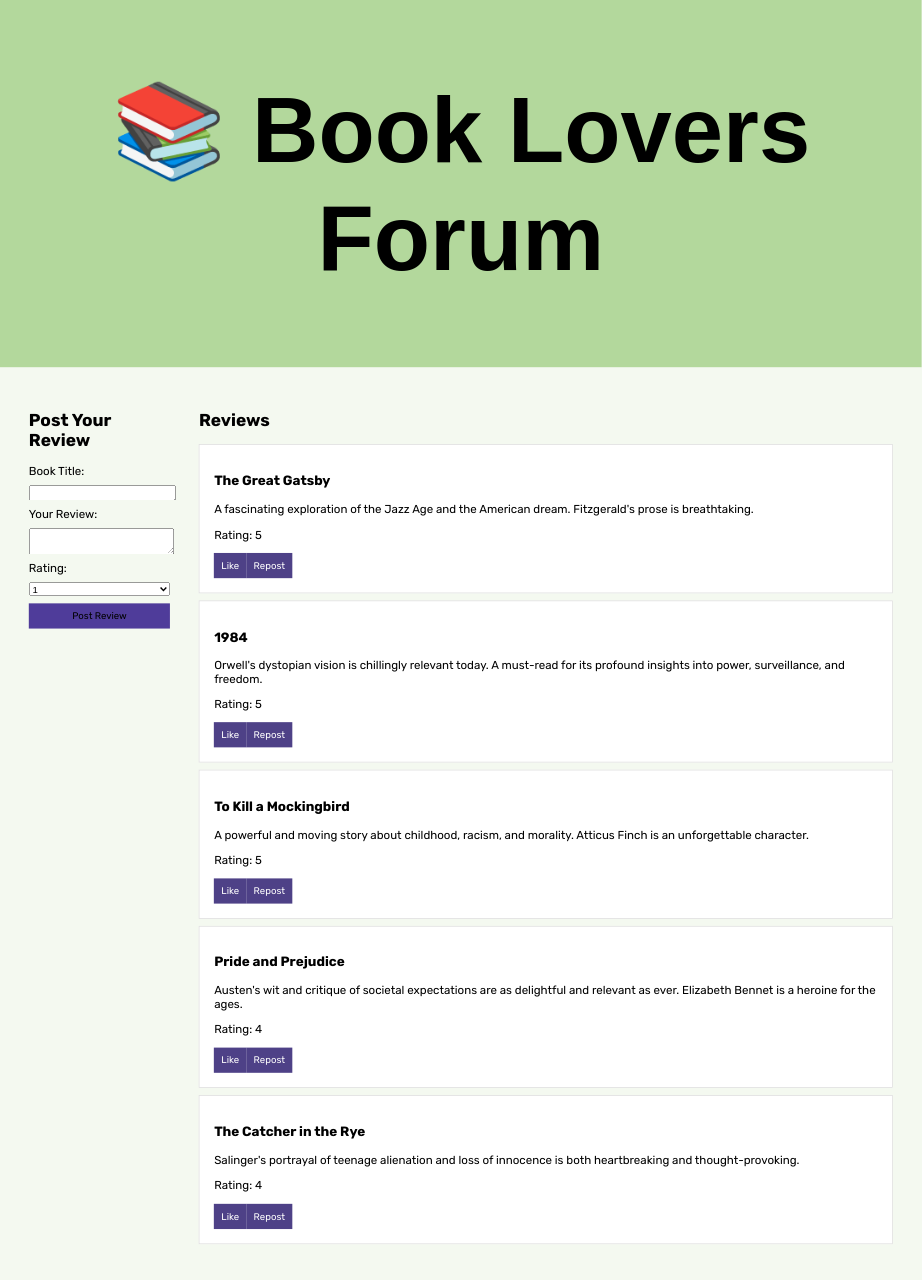
Repository: valentinaarojas/virtual-book-club
Page: index.html
The author's editor kept a copy of each file at every save. The page is drawn from the files as they stood at one save, then again after the next save.
The browser window is 1280 px wide. The pictures show the whole page, at 72% of full size.
The first visible `button` is being pressed.
Some web fonts or font styles are not loaded; a fallback is used.

Above is the page before, as saved 2025-02-12 17:26:27.
Console error: ReferenceError: form is not defined

### index.html
<!DOCTYPE html>
<html lang="en">
<head>
    <title>Book Lovers Forum</title>
    <link rel="stylesheet" href="styles.css">
    <link rel="preconnect" href="https://fonts.googleapis.com">
    <link rel="preconnect" href="https://fonts.gstatic.com" crossorigin>
    <link href="https://fonts.googleapis.com/css2?family=Licorice&display=swap" rel="stylesheet">
    <link href="https://fonts.googleapis.com/css2?family=Licorice&family=Rubik:ital,wght@0,300..900;1,300..900&display=swap" rel="stylesheet">
</head>
<body>
    <header>
        <h1>📚 Book Lovers Forum</h1>
    </header>
    <main>
        <section id="review-form-section">
            <h2>Post Your Review</h2>
            <form id="review-form">
                <label for="book-title">Book Title:</label>
                <input type="text" id="book-title" name="book-title" required>
                <label for="review-text">Your Review:</label>
                <textarea id="review-text" name="review-text" required></textarea>
                <label for="rating">Rating:</label>
                <select id="rating" name="rating">
                    <option value="1">1</option>
                    <option value="2">2</option>
                    <option value="3">3</option>
                    <option value="4">4</option>
                    <option value="5">5</option>
                </select>
                <button type="submit">Post Review</button>
            </form>
        </section>
        <section id="reviews-section">
            <h2>Reviews</h2>
            <div id="reviews-list">
                <!-- Reviews will be dynamically inserted here -->
            </div>
        </section>
    </main>
    <script src="script.js"></script>
</body>
</html>

### styles.css
body {
    font-family: Rubik, sans-serif;
    margin: 0;
    padding: 0;
    background-color: #F4F9F0;
}

header {
    background-color: #B3D89C;
    padding: 20px;
    text-align: center;
}

main {
    padding: 20px;
    display: flex;
}

section {
    margin: 20px;
}

h1 {
    font-family: Licorice, sans-serif;
    font-size: 8em;
}

#reviews-section {
    flex-grow: 2;
}

#review-form-section,
#reviews-section {
    margin-bottom: 20px;
}

#review-form label,
#review-form input,
#review-form textarea,
#review-form select,
#review-form button {
    display: block;
    width: 100%;
    margin-top: 10px;
}

button {
    background-color: #4E4187;
    font-family: Rubik, sans-serif;
    color: white;
    padding: 10px;
    border: none;
    cursor: pointer;
}

button:hover {
    background-color: #C1BADE;
    color: black;
}

button:active {
    background-color: #4f3c9a;
}

#reviews-list {
    margin-top: 20px;
}

.review-item {
    background-color: #fff;
    border: 1px solid #ddd;
    padding: 20px;
    margin-bottom: 10px;
}

.review-item:hover {
    background-color: #f9f9f9;
}

### script.js
function loadReviews() {
    console.log("loadReviews called!");
    fetch('reviews.json')
        .then(response => {
            if (!response.ok) {
                throw new Error('Network response was not ok');
            }
            return response.json();  // Assuming the server sends JSON
        })
        .then(reviews => {
            console.log(reviews); // Log the fetched reviews
            const reviewsList = document.getElementById("reviews-list"); // Get the div to append reviews
            reviews.forEach(review => {
                const reviewElement = createReviewElement(review);
                reviewsList.appendChild(reviewElement); // Append each review to the list
            });
        })
        .catch(error => {
            console.error('There was a problem:', error);
        });
}

function handleReviewSubmit() {
    console.log("handleReviewSubmit");
}

function createReviewElement(review) {
    console.log(review);
    const newDiv = document.createElement('div'); // Create the main review container
    newDiv.classList.add('review-item'); // Add the class 'review-item' (can style now)
    const bookTitle = document.createElement('h3'); // Create and add book title
    bookTitle.textContent = review.title;
    newDiv.append(bookTitle);
    const reviewText = document.createElement('p'); // Create and add review text
    reviewText.textContent = review.reviewText;
    newDiv.append(reviewText);
    const rating = document.createElement('p'); // Create and add rating
    rating.textContent = `Rating: ${review.rating}`;
    newDiv.append(rating);
    const likeButton = document.createElement('button'); // Create and add like button
    likeButton.textContent = "Like";
    likeButton.id = `like-${review.id}`; // Unique ID based on review ID
    likeButton.setAttribute('data-liked', 'false');
    likeButton.addEventListener('click', () => toggleLike(likeButton, review.id));
    newDiv.appendChild(likeButton);
    const repostButton = document.createElement('button'); // Create and add repost button
    repostButton.textContent = "Repost";
    repostButton.id = `repost-${review.id}`; // Unique ID based on review ID
    repostButton.addEventListener('click', () => repostReview(review.id));
    newDiv.appendChild(repostButton);
    return newDiv; // Return the created review element
}

function toggleLike(button, reviewId) {
    console.log('Like button clicked');
}

function repostReview(reviewId) {
    console.log('Repost button clicked');
}

document.addEventListener("DOMContentLoaded", () => {
    console.log("page loaded and ready for actions!");
    loadReviews();
    const reviewForm = document.getElementById("reviews-list");
    form.addEventListener('submit', handleReviewSubmit);
});

### reviews.json
[
	{
		"id": 1,
		"title": "The Great Gatsby",
		"reviewText": "A fascinating exploration of the Jazz Age and the American dream. Fitzgerald's prose is breathtaking.",
		"rating": 5,
		"likes": 12,
		"reposts": 4
	},
	{
		"id": 2,
		"title": "1984",
		"reviewText": "Orwell's dystopian vision is chillingly relevant today. A must-read for its profound insights into power, surveillance, and freedom.",
		"rating": 5,
		"likes": 15,
		"reposts": 5
	},
	{
		"id": 3,
		"title": "To Kill a Mockingbird",
		"reviewText": "A powerful and moving story about childhood, racism, and morality. Atticus Finch is an unforgettable character.",
		"rating": 5,
		"likes": 20,
		"reposts": 8
	},
	{
		"id": 4,
		"title": "Pride and Prejudice",
		"reviewText": "Austen's wit and critique of societal expectations are as delightful and relevant as ever. Elizabeth Bennet is a heroine for the ages.",
		"rating": 4,
		"likes": 18,
		"reposts": 7
	},
	{
		"id": 5,
		"title": "The Catcher in the Rye",
		"reviewText": "Salinger's portrayal of teenage alienation and loss of innocence is both heartbreaking and thought-provoking.",
		"rating": 4,
		"likes": 10,
		"reposts": 3
	}
]

After the next save:
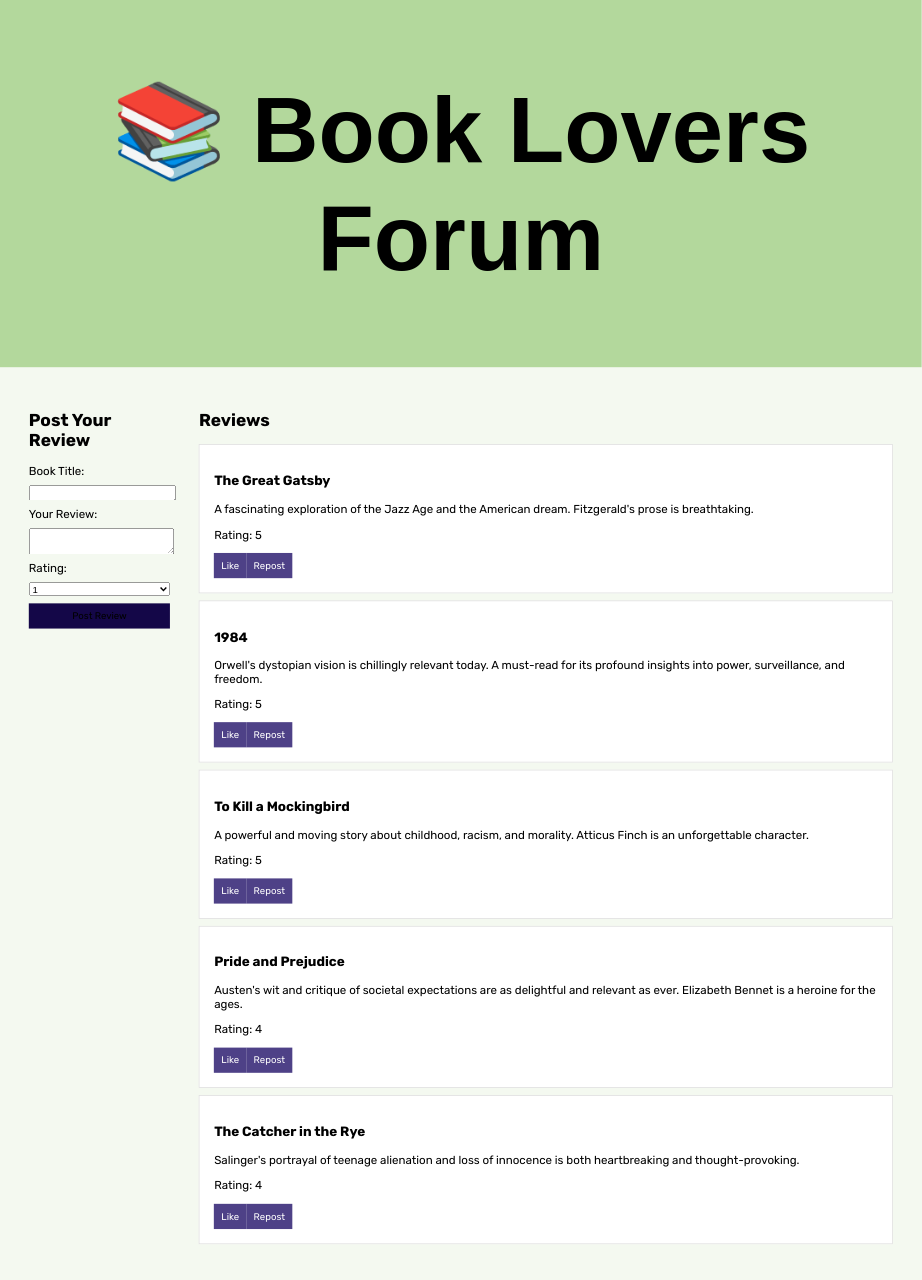
Saved 14 s later.
--- a/styles.css
+++ b/styles.css
@@ -59,7 +59,7 @@ button:hover {
 }
 
 button:active {
-    background-color: #4f3c9a;
+    background-color: #140748;
 }
 
 #reviews-list {
